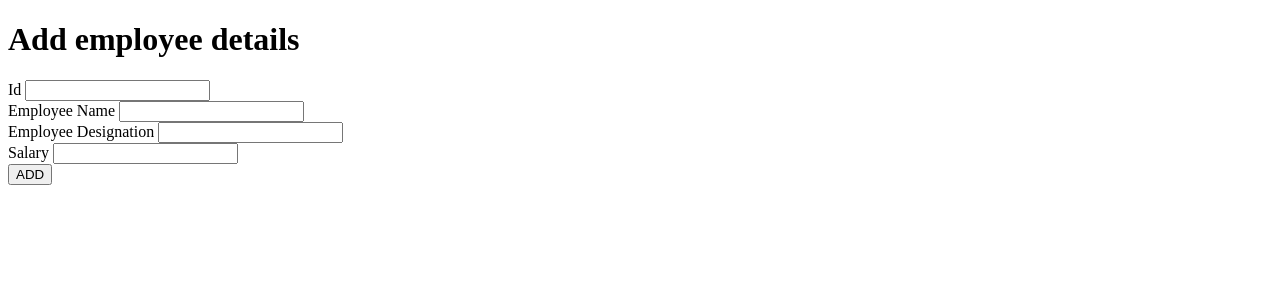
Repository: Balamurugan1914/crud_operation_without_db
Page: http://localhost/Curd_Pratice/addemployee.jsp
These files come from the project's save history. The page is drawn as it stood at one moment and after a run of saves; the edit follows.
The browser window is 1280 px wide. The pictures show the whole page.
The page is served by Tomcat 9.

Above is the page before, as saved 2022-06-25 07:00:50.

After the next 2 saves:
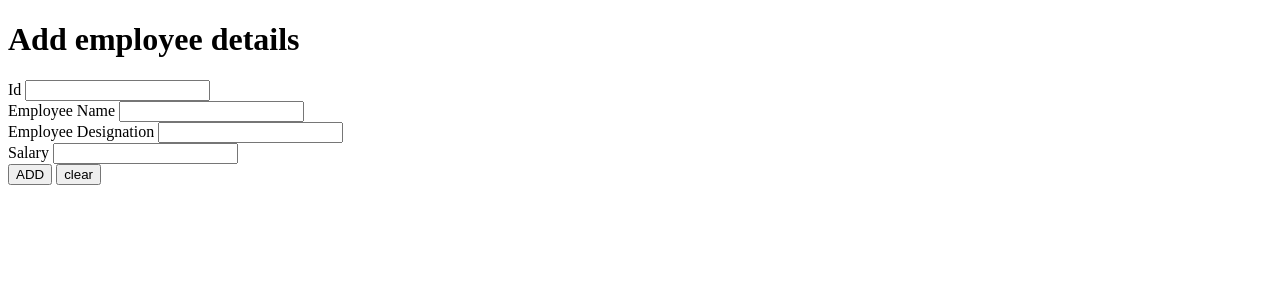
The 2 saves are shown as one change because they came seconds apart.
The last was saved 26 s later.
--- a/Curd_Pratice/src/main/webapp/addemployee.jsp
+++ b/Curd_Pratice/src/main/webapp/addemployee.jsp
@@ -1,6 +1,6 @@
 <%@ page language="java" contentType="text/html; charset=UTF-8"
-    pageEncoding="UTF-8"%>
-    <%@taglib uri="http://java.sun.com/jsp/jstl/core" prefix="c" %>
+	pageEncoding="UTF-8"%>
+<%@taglib uri="http://java.sun.com/jsp/jstl/core" prefix="c"%>
 <!DOCTYPE html>
 <html>
 <head>
@@ -9,30 +9,30 @@
 </head>
 <body>
 
-<h1>Add employee details</h1>
+	<h1>Add employee details</h1>
 
-<form action="">
-	<div>
-		<label for="id">Id</label>
-		<input type="text" name="id" id="id"/>
-	</div>
-	<div>
-		<label for="employeeName">Employee Name</label>
-		<input type="text" name="employeeName" id="employeeName"/>
-	</div>
-	<div>
-		<label for="employeeDesignation">Employee Designation</label>
-		<input type="text" name="employeeDesignation"  id="employeeDesignation"/>
-	</div>
-	<div>
-		<label for="salary">Salary</label>
-		<input type="text" name="salary" id="salary"/>
-	</div>
-	<div>
-	<input type="submit" value="ADD">
+	<form action="">
+		<div>
+			<label for="id">Id</label> <input type="text" name="id" id="id" />
+		</div>
+		<div>
+			<label for="employeeName">Employee Name</label> <input type="text"
+				name="employeeName" id="employeeName" />
+		</div>
+		<div>
+			<label for="employeeDesignation">Employee Designation</label> <input
+				type="text" name="employeeDesignation" id="employeeDesignation" />
+		</div>
+		<div>
+			<label for="salary">Salary</label> <input type="text" name="salary"
+				id="salary" />
+		</div>
+		<div>
+			<input type="submit" value="ADD"> <input type="reset"
+				value="clear">
 
-	</div>
-</form>
+		</div>
+	</form>
 
 
 
